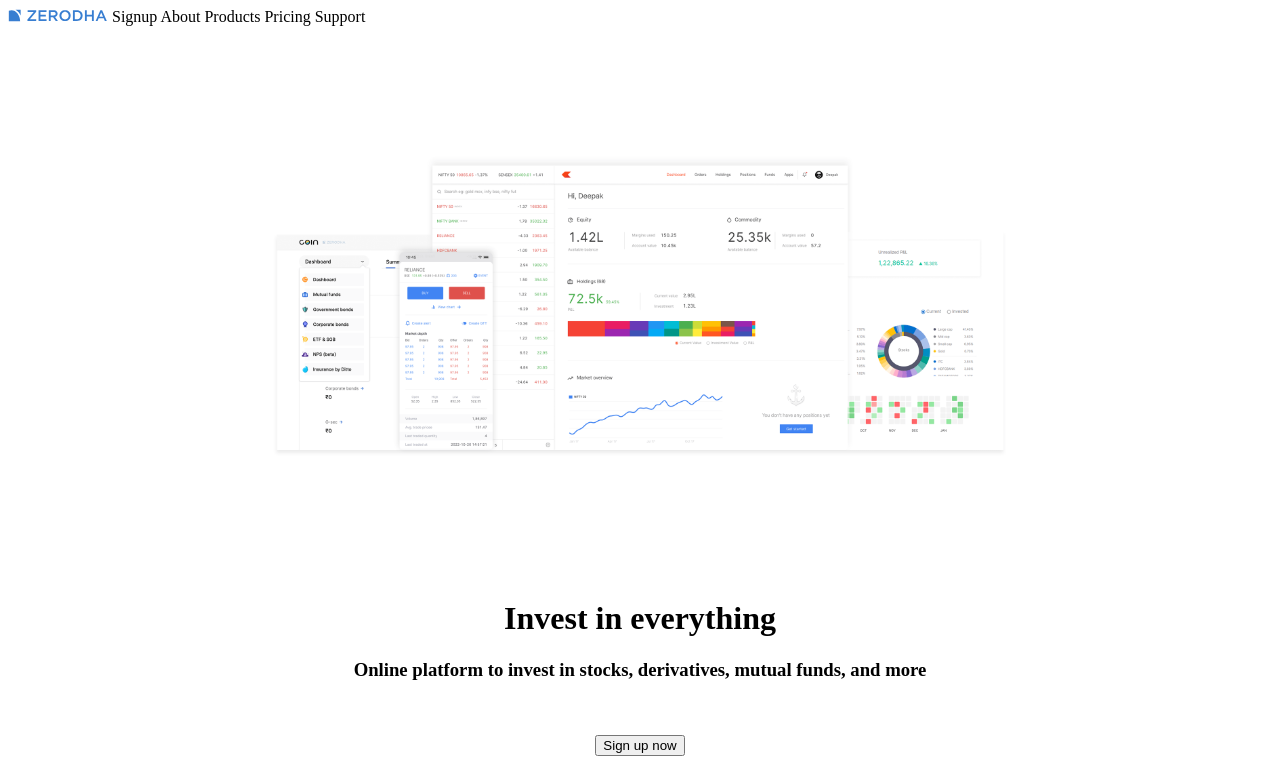
Repository: VISHALGUPTA100803/Harkirat_MERN
Page: zerodha_landing_page week0(html+css)/index.html
These files come from the project's save history. The page is drawn as it stood at one moment and after a run of saves; the edit follows.
The browser window is 1280 px wide. The pictures show the whole page.

Above is the page before, as saved 2023-12-16 17:20:02.

### zerodha_landing_page week0(html+css)/index.html
<div >
    <img width = "100" src = "logo.svg"> </img>
    <span>Signup </span>

    <span> About </span>
    <span> Products </span>
    <span>Pricing </span>
    <span>Support </span>
</div>
<br> </br>
<br> </br>
<br> </br>
<center>
    <img width = "800" src ="landing.png"> </img>
</center>
<br> </br>
<br> </br>
<br> </br>
<center>
    <h1> Invest in everything </h1>
</center>
<center>
   <h3>
    Online platform to invest in stocks, derivatives, mutual funds, and more
   </h3>
</center>
<br> </br>
<center>
    <button>
        Sign up now
    </button>
</center>

After the next 5 saves:
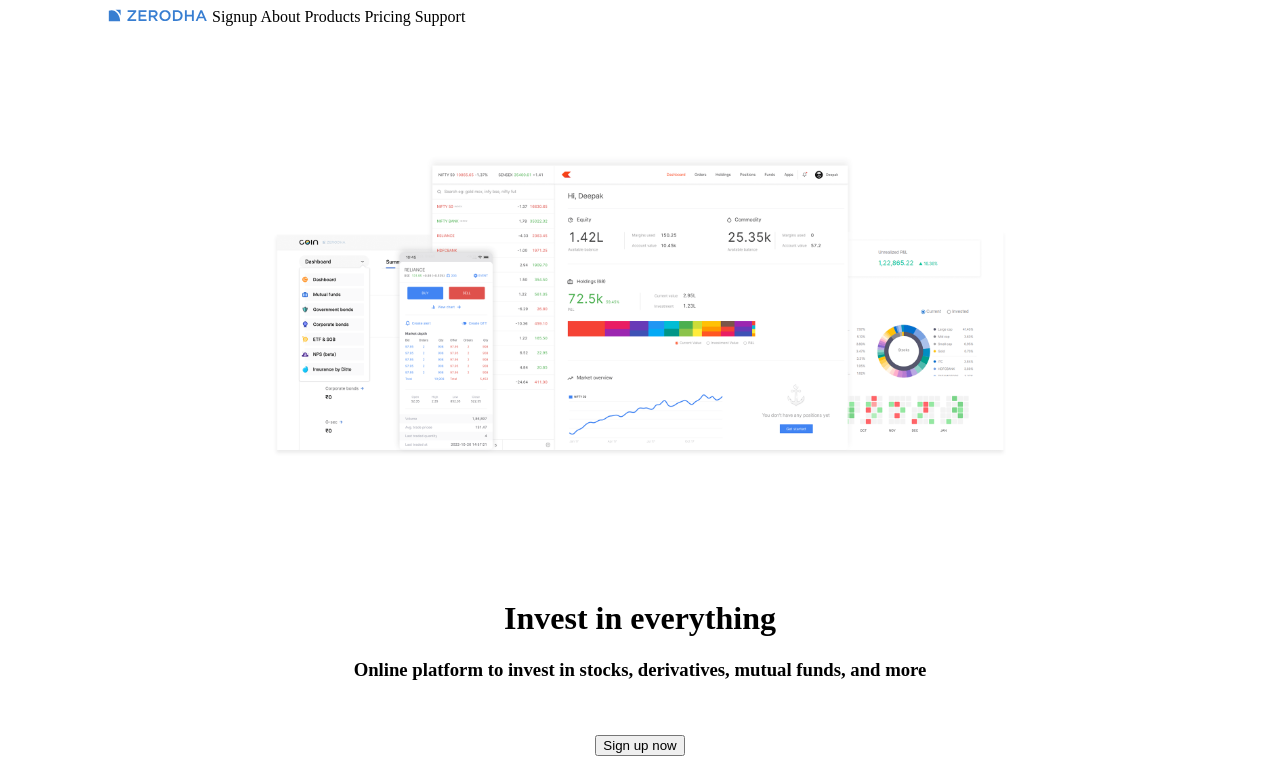
The 5 saves are shown as one change because they came seconds apart.
The last was saved 16 s later.
--- a/zerodha_landing_page week0(html+css)/index.html
+++ b/zerodha_landing_page week0(html+css)/index.html
@@ -1,4 +1,4 @@
-<div >
+<div style = "margin-left: 100px;">
     <img width = "100" src = "logo.svg"> </img>
     <span>Signup </span>
 
